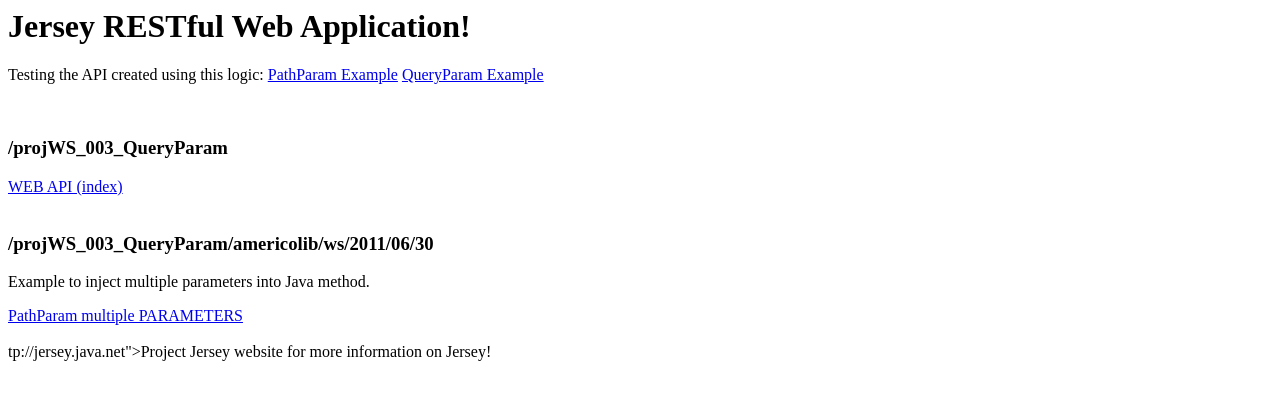
Repository: atafs/BackEnd_JAX-RS_REST_2continue
Page: http://localhost/projWS_001_template/
An editor plug-in stored every save of this project. The page is shown before and after the next save, followed by the edit.
The browser window is 1280 px wide. The pictures show the whole page.
The page is served by Tomcat 9.

Above is the page before, as saved 2016-05-02 11:44:14.

After the next save:
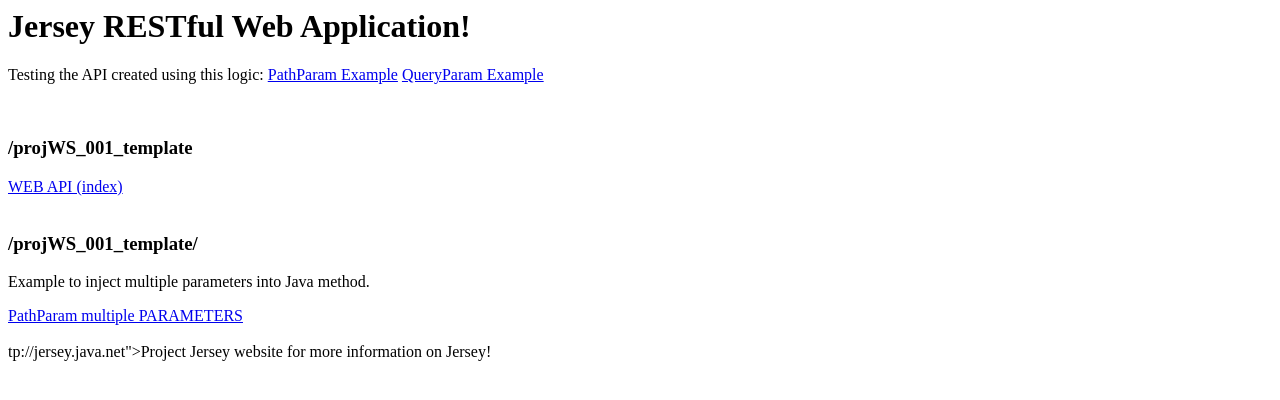
Saved 86 s later.
--- a/projWS_001_template/src/main/webapp/index.jsp
+++ b/projWS_001_template/src/main/webapp/index.jsp
@@ -11,12 +11,12 @@
 	</p><br/>
 
 	<!-- LINKS -->
-	<h3>/projWS_003_QueryParam</h3>
-	<a href="http://localhost:8085/projWS_003_QueryParam/">WEB API (index)</a><br/><br/>
+	<h3>/projWS_001_template</h3>
+	<a href="http://localhost:8085/projWS_001_template/">WEB API (index)</a><br/><br/>
 
-	<h3>/projWS_003_QueryParam/americolib/ws/2011/06/30</h3>
+	<h3>/projWS_001_template/</h3>
 	<p>Example to inject multiple parameters into Java method.</p>
-	<a href="http://localhost:8085/projWS_003_QueryParam/americolib/ws/2011/06/30">PathParam multiple PARAMETERS</a><br/><br/>	tp://jersey.java.net">Project Jersey website</a>
+	<a href="http://localhost:8085/projWS_001_template/">PathParam multiple PARAMETERS</a><br/><br/>	tp://jersey.java.net">Project Jersey website</a>
     for more information on Jersey!
 </body>
 </html>
